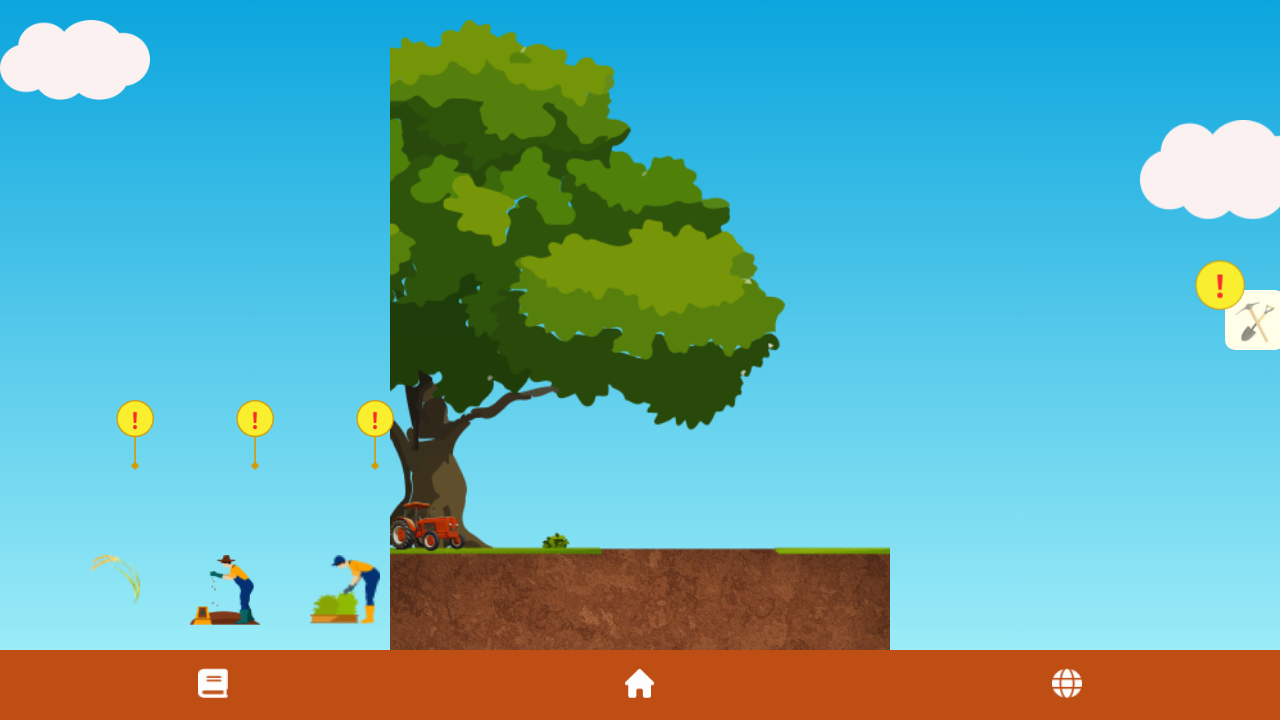
Repository: kobuchisouta/kome-app
Page: /
An editor plug-in stored every save of this project. The page is shown before and after a run of saves, followed by the edit.
The browser window is 1280 px wide. The pictures show the whole page.
The project was rebuilt for these pictures with package versions that can differ from the ones it lists, and the page was loaded fresh each time. The framework's server and built-in components were replaced by stand-ins that run in the browser. Also part of the build but not shown: next.config.ts.

Above is the page before, as saved 2025-01-29 11:17:28.

### src/app/layout.tsx
import type { Metadata } from "next";
import localFont from "next/font/local";
import "./globals.css";
import Footer from "./components/footer/Footer";

const geistSans = localFont({
  src: "./fonts/GeistVF.woff",
  variable: "--font-geist-sans",
  weight: "100 900",
});
const geistMono = localFont({
  src: "./fonts/GeistMonoVF.woff",
  variable: "--font-geist-mono",
  weight: "100 900",
});

export const metadata: Metadata = {
  title: "Create Next App",
  description: "Generated by create next app",
};

export default function RootLayout({
  children,
}: Readonly<{
  children: React.ReactNode;
}>) {
  return (
    <html lang="ja">
      <body>
        <header>
        </header>
        <main>

          {children}
        </main>
        <Footer />
      </body>
    </html>

  );
}

### src/app/page.tsx
"use client";
import Head from 'next/head';
import Image from 'next/image';
import { useState } from 'react';
import styles from './page.module.css'; // モジュールCSS
import Link from 'next/link';

export default function Home() {
  const [isModalOpen, setIsModalOpen] = useState(false);

  const openModal = () => setIsModalOpen(true);
  const closeModal = () => setIsModalOpen(false);

  return (
    <>
      <Head>
        <title>米⭐︎すたー</title>
        <meta name="viewport" content="width=device-width,initial-scale=1.0,minimum-scale=1.0" />
        <meta name="description" content="ここに説明文を設定" />
      </Head>

      <main className={styles.main}>
        <div className={styles.contents}>
          <div className={styles.clouds}>
            <p className={styles.cloud1}>
              <Image src="/cloud1.png" alt="雲" width={150} height={80} />
            </p>
            <p className={styles.cloud2}>
              <Image src="/cloud2.png" alt="雲" width={170} height={100} />
            </p>
          </div>

          <div className={styles.tools}>
            <div className={styles.toolBar}>
              <p>
                <Image src="/tools.png" alt="道具" width={50} height={50} />
              </p>
            </div>
            <div className={styles.lookUp}>
              <p>
                <Image src="/pickup.png" alt="見て" width={50} height={50} />
              </p>
            </div>
          </div>

          <div className={styles.stages}>
            <div className={styles.stagePick}>
              <a className={`${styles.stage} ${styles.modalOpen}`} onClick={openModal}>
                <Image src="/pick.png" alt="クリック" width={70} height={70} />
              </a>
              <a className={`${styles.stage} ${styles.modalOpen}`} onClick={openModal}>
                <Image src="/pick.png" alt="クリック" width={70} height={70} />
              </a>
              <a className={`${styles.stage} ${styles.modalOpen}`} onClick={openModal}>
                <Image src="/pick.png" alt="クリック" width={70} height={70} />
              </a>
            </div>

            {isModalOpen && (
              <div className={styles.modal}>
                <div className={styles.modalInner}>
                  <div className={styles.modalContent}>
                    <div className={styles.modalHeader}>
                      <h1>土地選びと購入準備</h1>
                    </div>
                    <div className={styles.modalBody}>
                      <Link href={"/home"}>エリア調査</Link>
                      <Link href={"/home"}>土地の購入</Link>
                      <a href="#">土地の整地</a>
                      <a href="#">水利権の確認</a>
                      <a href="#">情報収集</a>
                    </div>
                    <div className={styles.modalFooter}>
                      <span className={styles.modalClose} onClick={closeModal}>
                        閉じる
                      </span>
                    </div>
                  </div>
                </div>
              </div>
            )}

            <div className={styles.stageImg}>
              <a className={styles.stage1} >
                <Image src="/ine.png" alt="稲" width={50} height={50} />
              </a>
              <a className={styles.stage2}>
                <Image src="/makimaki.png" alt="田植え" width={70} height={70} />
              </a>
              <a className={styles.stage3}>
                <Image src="/sawasawa.png" alt="手入れ" width={70} height={70} />
              </a>
            </div>
          </div>
        </div>
      </main>
    </>
  );
}

### src/app/globals.css
* {
	margin: 0;
	padding: 0;
	box-sizing: border-box;
}
body {
	color: var(--foreground);
	background: var(--background);
	font-family: Arial, Helvetica, sans-serif;
	-webkit-font-smoothing: antialiased;
	-moz-osx-font-smoothing: grayscale;
	display: flex;
	flex-direction: column;
	width: 100%;
	height: 100%;
	margin: 0 auto;
}

* {
	box-sizing: border-box;
	text-decoration: none;
	list-style: none;
}

html {
	width: 100%;
	height: 100vh;
}

### src/app/components/footer/Footer.tsx

import Image from 'next/image';
import styles from './style.module.css';

export default function Footer() {
    return (
        <footer className={styles.footer}>
            <a href='/book' className={styles.book}>
                <Image src="/book.png" alt="book" width={30} height={30} />
            </a>
            <a href='/' className={styles.home}>
                <Image src="/house.png" alt="house" width={30} height={30} />
            </a>
            <a href='/news' className={styles.globe}>
                <Image src="/globe.png" alt="globe" width={30} height={30} />
            </a>
        </footer>
    );
}

### src/app/page.module.css
.main {
	background: url("/tree.png"), linear-gradient(#0ba5dd 0%, #aaf3fa 100%);
	background-repeat: no-repeat, no-repeat;
	background-position: bottom, center; /* 画像を中央に配置 */
	background-size: 500px 700px, auto; /* グラデーションは自動サイズ、画像はカバー */
	width: 100%;
	height: 100vh;
	position: fixed;
}

.contents {
	z-index: 100;
}

.clouds {
	.cloud1 {
		position: absolute;
		top: 20px;
	}

	.cloud2 {
		position: absolute;
		top: 120px;
		right: -30px;
	}
}
.tools {
	background: #fffee9;
	border-radius: 10px;
	width: 60px;
	height: 60px;
	position: absolute;
	right: -5px;
	top: 290px;

	.toolBar img {
		position: absolute;
		top: 8px;
		left: 4px;
	}

	.lookUp img {
		position: absolute;
		left: -30px;
		top: -30px;
	}
}

.stages {
	.stageImg {
		position: relative;
		display: flex;
		gap: 50px;
		top: 555px;
		left: 90px;
	}

	.stagePick {
		position: absolute;
		bottom: 220px;
		left: 100px;
		display: flex;
		gap: 20px;
		align-items: flex-end;
		background-color: transparent; /* 必要に応じて透明に設定 */
	}
	.stagePick:hover {
		animation: poyopoyo 2s ease-out infinite;
		opacity: 1;
	}
	@keyframes poyopoyo {
		0%,
		40%,
		60%,
		80% {
			transform: scale(1.0);
		}
		50%,
		70% {
			transform: scale(0.95);
		}
	}

	.stagePick {
		background-color: none;
	}

	.stage {
		position: relative;
		width: 100px;
		height: 100px;
	}
	.stage img {
		position: absolute;
		object-fit: contain;
	}
}

.modal {
	position: fixed;
	top: 0;
	left: 0;
	width: 100%;
	height: 100%;
	background-color: rgba(0, 0, 0, 0.5);
	display: flex;
	justify-content: center;
	align-items: center;
	z-index: 1000;
}

.modalInner {
	background-color: #f2ac3b;
	padding: 20px;
	border-radius: 10px;
	width: 80%;
	max-width: 500px;
}

.modalHeader,
.modalBody,
.modalFooter {
	margin-bottom: 10px;
	display: flex;
	justify-content: center;
	align-items: center;
	flex-direction: column;
	gap: 10px;
}

.modalHeader h1 {
	color: #fff;
	font-size: 1.5rem;
}

.modalBody a {
	color: #fff;
	border: #fff solid 1px;
	width: 100%;
	height: 50px;
	font-weight: bold;
	text-align: center;
	line-height: 50px;
	border-radius: 8px;
}

.modalClose {
	width: 150px;
	height: 50px;
	border-radius: 8px;
	text-align: center;
	line-height: 50px;
	background: #fff;
}
@keyframes modalopen {
	from {
		opacity: 0;
	}
	to {
		opacity: 1;
	}
}

.modal-header h1 {
	margin: 1rem 0;
}

.modal-close {
	font-size: 1.8rem;
}

.modal-close:hover {
	cursor: pointer;
}

### src/app/components/footer/style.module.css
.footer {
	width: 100%;
	height: 70px;
	display: flex;
	justify-content: space-around;
	align-items: center;
	background: #be4e14;
	z-index: 100;
	position: fixed;
	bottom: 0;
}

After the next 2 saves:
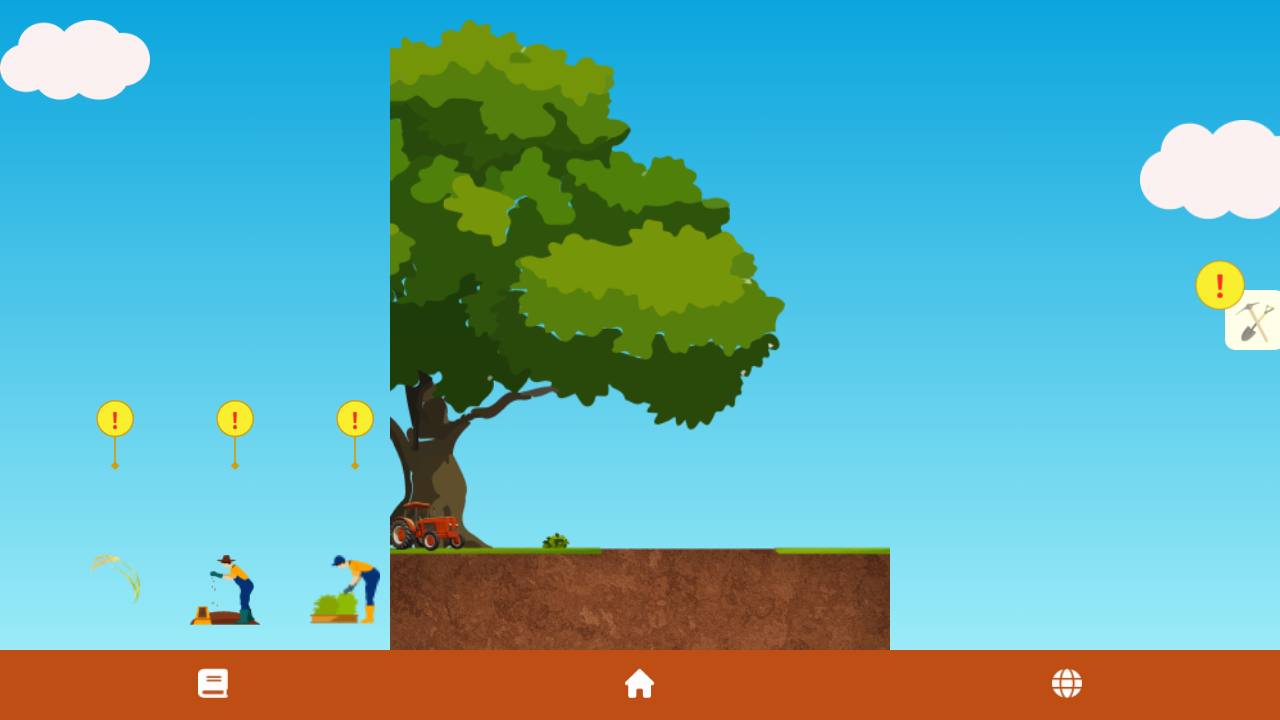
The 2 saves are shown as one change because they came seconds apart.
The last was saved 8 s later.
--- a/src/app/page.module.css
+++ b/src/app/page.module.css
@@ -58,7 +58,7 @@
 	.stagePick {
 		position: absolute;
 		bottom: 220px;
-		left: 100px;
+		left: 80px;
 		display: flex;
 		gap: 20px;
 		align-items: flex-end;
